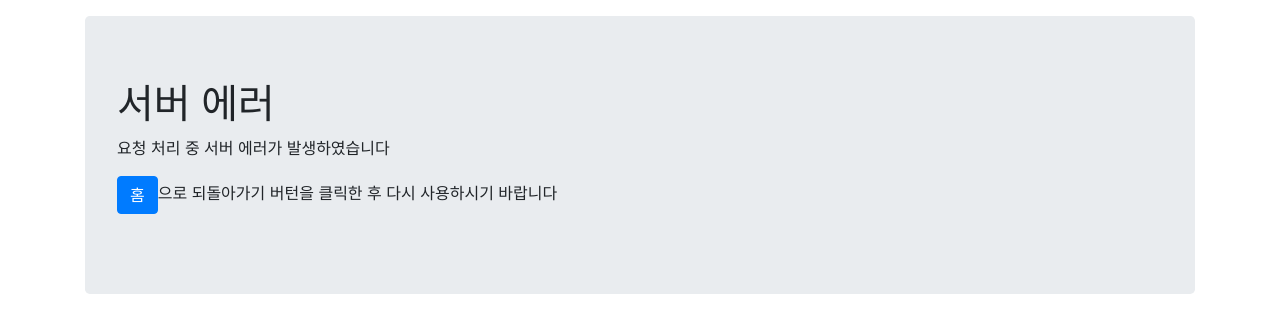
Repository: Hayebeom/workspace
Page: http://localhost/spring-mvc/WEB-INF/views/error/server-error.jsp
These files come from the project's save history. The page is drawn as it stood at one moment and after the next save; the edit follows.
The browser window is 1280 px wide. The pictures show the whole page.
The page is served by Tomcat 9. Nobody is signed in. Other server files are loaded and not shown. The template is opened directly, without the code that normally fills it, so the values that code supplies are empty.

Above is the page before, as saved 2020-08-03 03:26:59.

### spring-mvc/src/main/webapp/WEB-INF/views/error/server-error.jsp
<%@ page language="java" contentType="text/html; charset=UTF-8"
    pageEncoding="UTF-8"%>
<%@ taglib prefix="c" uri="http://java.sun.com/jsp/jstl/core" %>
<%@ taglib prefix="fmt" uri="http://java.sun.com/jsp/jstl/fmt" %>
<!DOCTYPE html>
<html>
<head>
<meta charset="UTF-8">
<meta name="viewport" content="width=device-width, initial-scale=1">
<link rel="stylesheet" href="/resources/bootstrap/css/bootstrap.min.css">
<title>자유 게시판 :: 에러 페이지</title>
</head>
<body>
	<div class="container mt-3 mb-5">
		<div class="row">
			<div class="col-12">
				<div class="jumbotron">
					<h1>서버 에러</h1>
					<p>요청 처리 중 서버 에러가 발생하였습니다</p>
					<p><a href="/home.do" class="btn btn-primary">홈</a>으로 되돌아가기 버턴을 클릭한 후 다시 사용하시기 바랍니다</p>
				</div>
			</div>
		</div>
	</div>
</body>
</html>

Loaded but not shown: spring-mvc/src/main/webapp/resources/bootstrap/css/bootstrap.min.css (library)

After the next save:
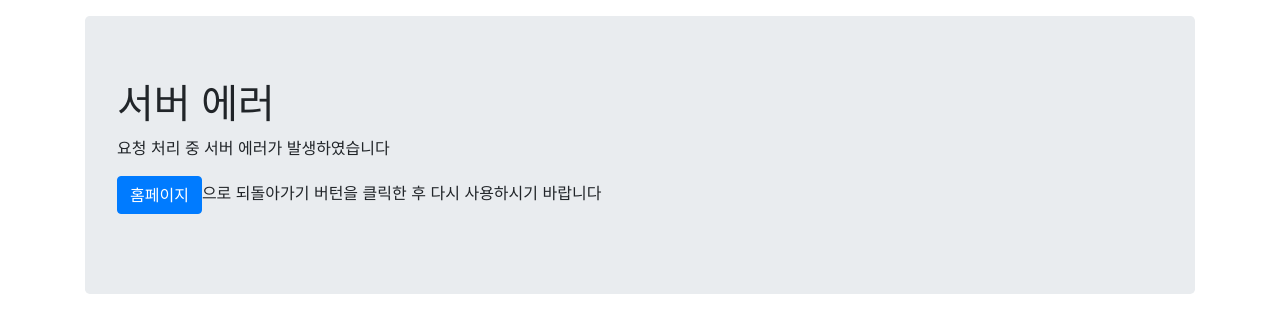
Saved 26 s later.
--- a/spring-mvc/src/main/webapp/WEB-INF/views/error/server-error.jsp
+++ b/spring-mvc/src/main/webapp/WEB-INF/views/error/server-error.jsp
@@ -17,7 +17,7 @@
 				<div class="jumbotron">
 					<h1>서버 에러</h1>
 					<p>요청 처리 중 서버 에러가 발생하였습니다</p>
-					<p><a href="/home.do" class="btn btn-primary">홈</a>으로 되돌아가기 버턴을 클릭한 후 다시 사용하시기 바랍니다</p>
+					<p><a href="/home.do" class="btn btn-primary">홈페이지</a>으로 되돌아가기 버턴을 클릭한 후 다시 사용하시기 바랍니다</p>
 				</div>
 			</div>
 		</div>
